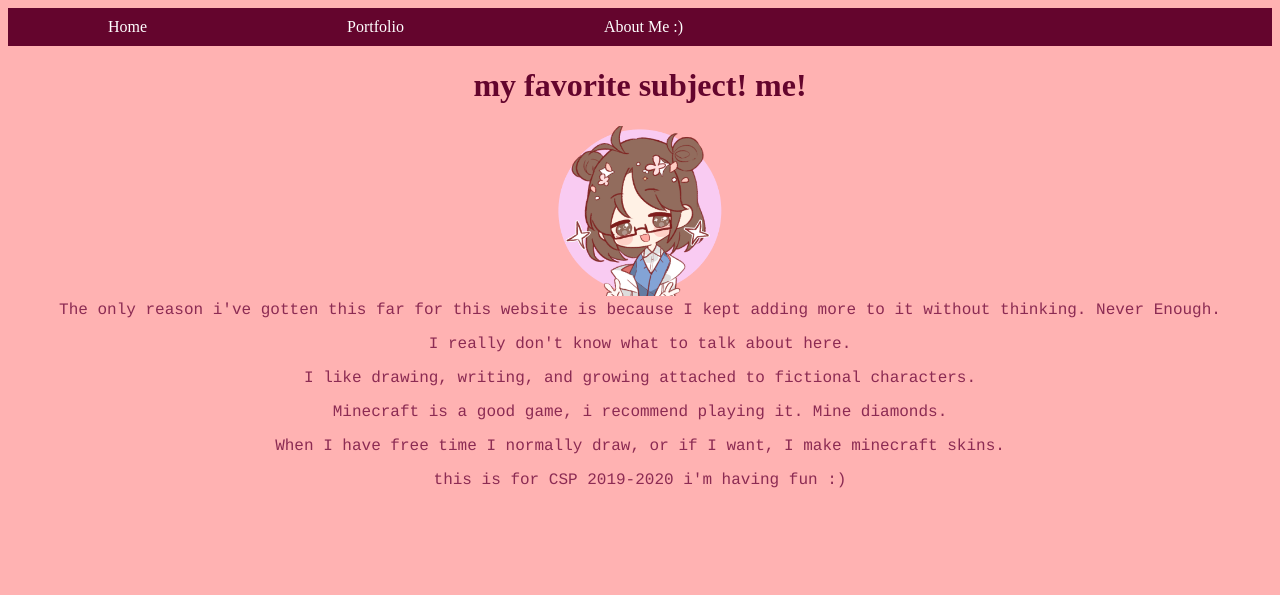
Repository: ycano1934/ycano1934.github.io
Page: my_website/about.html
The author's editor kept a record of every edit. The page is drawn from the files as they stood at one moment, then again after the next edit.
The browser window is 1280 px wide. The pictures show the whole page.

Above is the page before.

### my_website/about.html
<!doctype html>
	<html lang="en">
	  <head>
	    <meta charset="utf-8">
	    <meta name="viewport" content="width=device-width, initial-scale=1.0">
	    <title>About</title>
	  </head>


  <style>
#header {
  font-family:comic sans ms;
  color:rgb(100, 5, 45);
}

#paragraphlook {
    font-family:courier;
    color:rgb(140, 43, 83);
}

 body {background-color:rgb(255, 178, 178);
 }


ul {
  list-style-type: none;
  margin: 0;
  padding: 0;
  overflow: hidden;
  background-color: rgb(100, 5, 45);
}

li {
  float: left;
}

li a {
  display: inline-block;
  color: white; /* text color */
  font-family:comic sans ms;
  text-align: center;
  padding: 10px 100px;
  text-decoration: none;
  background-color: rgb(100, 5, 45)
}

li a:hover {
  background-color: rgb(155, 51, 93);
}

  </style>


    <body>
        <ul>
    <li><a href="index.html">Home</a></li>
    <li><a href="portfolio.html">Portfolio</a></li>
    <li><a href="about.html">About Me :)</a></li>
        </ul>

        <h1 id="header" style="text-align:center;">my favorite subject! me!</h1>


        <p id="paragraphlook" style="text-align:center;">
          <img src="images/avatar.png" height="170" width="170"><br>
            The only reason i've gotten this far for this website is because I kept adding more to it without thinking. Never Enough.</p>
            <p id="paragraphlook" style="text-align:center;">I really don't know what to talk about here.</p>
            <p id="paragraphlook" style="text-align:center;">I like drawing, writing, and growing attached to fictional characters.</p>
            <p id="paragraphlook" style="text-align:center;">Minecraft is a good game, i recommend playing it. Mine diamonds.</p>
            <p id="paragraphlook" style="text-align:center;">When I have free time I normally draw, or if I want, I make minecraft skins.</p>
        <p id="paragraphlook" style="text-align:center;">this is for CSP 2019-2020 i'm having fun :)</p>

    </body>
	</html>

After the next edit:
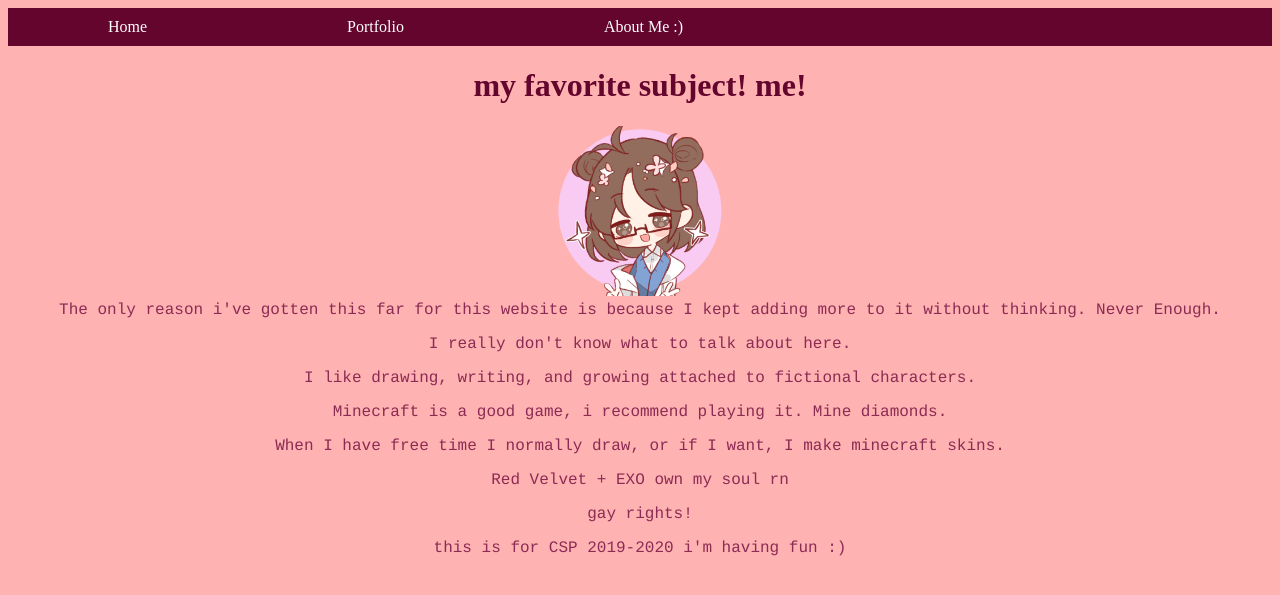
The edit:
--- a/my_website/about.html
+++ b/my_website/about.html
@@ -68,6 +68,8 @@
             <p id="paragraphlook" style="text-align:center;">I like drawing, writing, and growing attached to fictional characters.</p>
             <p id="paragraphlook" style="text-align:center;">Minecraft is a good game, i recommend playing it. Mine diamonds.</p>
             <p id="paragraphlook" style="text-align:center;">When I have free time I normally draw, or if I want, I make minecraft skins.</p>
+            <p id="paragraphlook" style="text-align:center;">Red Velvet + EXO own my soul rn</p>
+            <p id="paragraphlook" style="text-align:center;">gay rights!</p>
         <p id="paragraphlook" style="text-align:center;">this is for CSP 2019-2020 i'm having fun :)</p>
 
     </body>
